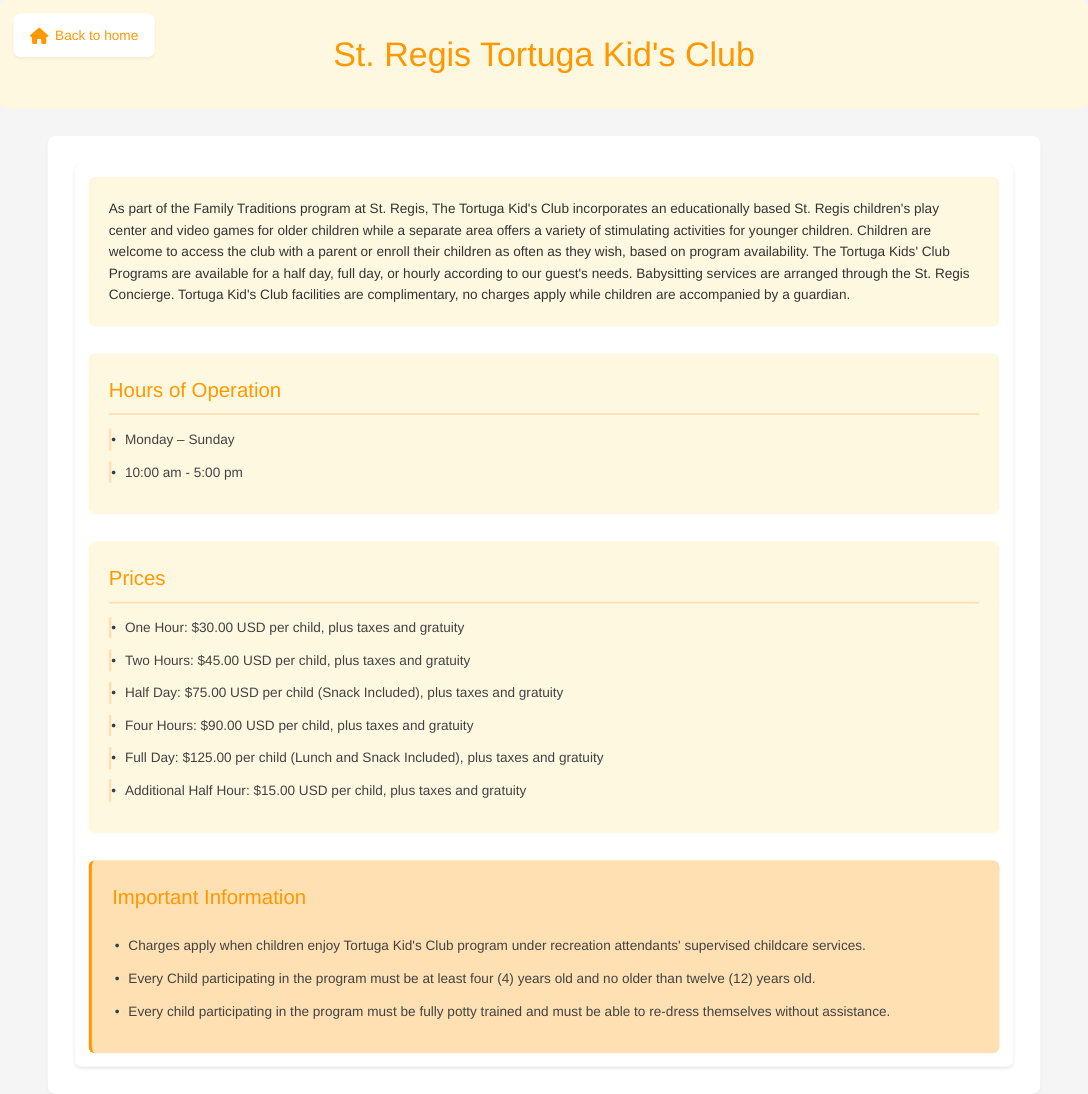
Repository: chvg1968/airphonebook
Page: src/html/pages/tortuga.html
An editor plug-in stored every save of this project. The page is shown before and after the next save, followed by the edit.
The browser window is 1280 px wide. The pictures show the whole page, at 85% of full size.

Above is the page before, as saved 2025-05-09 09:39:04.

### src/html/pages/tortuga.html
<!DOCTYPE html>
<html lang="en">
<head>
    <meta charset="UTF-8">
    <meta name="viewport" content="width=device-width, initial-scale=1.0">
    <title>St. Regis Tortuga Kid's Club</title>
    <link rel="stylesheet" href="/public/assets/styles/main.css">
    <link rel="stylesheet" href="/public/assets/styles/components/tortuga.css">
    <link rel="stylesheet" href="https://cdnjs.cloudflare.com/ajax/libs/font-awesome/6.0.0/css/all.min.css">
</head>
<body>
    <main>
        <div class="property-welcome">
            <a href="villaclara.html" class="back-to-home">
                <i class="fas fa-home"></i>
                <span>Back to home</span>
            </a>
            <h1 id="propertyTitle">St. Regis Tortuga Kid's Club</h1>
        </div>

        <div class="property-container">
            <div class="property-content">
                <div class="property-hero">
                    <div class="property-info">
                        <div class="info-section">
                            <p>As part of the Family Traditions program at St. Regis, The Tortuga Kid's Club incorporates an educationally based St. Regis children's play center and video games for older children while a separate area offers a variety of stimulating activities for younger children. Children are welcome to access the club with a parent or enroll their children as often as they wish, based on program availability. The Tortuga Kids' Club Programs are available for a half day, full day, or hourly according to our guest's needs. Babysitting services are arranged through the St. Regis Concierge. Tortuga Kid's Club facilities are complimentary, no charges apply while children are accompanied by a guardian.</p>
                        </div>

                        <div class="info-section">
                            <h3>Hours of Operation</h3>
                            <ul class="info-list">
                                <li>Monday – Sunday</li>
                                <li>10:00 am - 5:00 pm</li>
                            </ul>
                        </div>

                        <div class="info-section">
                            <h3>Prices</h3>
                            <ul class="info-list">
                                <li>One Hour: $30.00 USD per child, plus taxes and gratuity</li>
                                <li>Two Hours: $45.00 USD per child, plus taxes and gratuity</li>
                                <li>Half Day: $75.00 USD per child (Snack Included), plus taxes and gratuity</li>
                                <li>Four Hours: $90.00 USD per child, plus taxes and gratuity</li>
                                <li>Full Day: $125.00 per child (Lunch and Snack Included), plus taxes and gratuity</li>
                                <li>Additional Half Hour: $15.00 USD per child, plus taxes and gratuity</li>
                            </ul>
                        </div>

                        <div class="info-section warning">
                            <h3>Important Information</h3>
                            <ul class="info-list">
                                <li>Charges apply when children enjoy Tortuga Kid's Club program under recreation attendants' supervised childcare services.</li>
                                <li>Every Child participating in the program must be at least four (4) years old and no older than twelve (12) years old.</li>
                                <li>Every child participating in the program must be fully potty trained and must be able to re-dress themselves without assistance.</li>
                            </ul>
                        </div>
                    </div>
                </div>
            </div>
        </div>
    </main>
</body>
</html>

### assets/styles/main.css
:root {
    --primary-color: #2c3e50;
    --secondary-color: #3498db;
    --background-color: #f5f5f5;
    --card-background: #ffffff;
    --text-color: #333333;
    --border-radius: 8px;
    --spacing-sm: 8px;
    --spacing-md: 16px;
    --spacing-lg: 24px;
    --shadow-sm: 0 2px 4px rgba(0, 0, 0, 0.1);
    --shadow-md: 0 4px 6px rgba(0, 0, 0, 0.1);
    --transition-speed: 0.3s;
}

* {
    margin: 0;
    padding: 0;
    box-sizing: border-box;
}

html, body {
    height: 100%;
    margin: 0;
    padding: 0;
    font-family: 'Helvetica Neue', Arial, sans-serif;
    line-height: 1.6;
    color: var(--text-color);
    background-color: var(--background-color);
}

.container {
    max-width: 1200px;
    margin: 0 auto;
    padding: var(--spacing-lg);
    width: 100%;
}

.two-column-layout {
    display: grid;
    grid-template-columns: 2fr auto 1fr;
    gap: var(--spacing-lg);
    margin-top: var(--spacing-lg);
    align-items: start;
    position: relative;
}

.vertical-divider {
    width: 1px;
    height: 100%;
    background-color: #e0e0e0;  /* Delgada línea gris */
    position: absolute;
    left: calc(2fr + var(--spacing-lg));
    top: 0;
}

.property-column {
    background-color: var(--card-background);
    border-radius: var(--border-radius);
    padding: var(--spacing-lg);
    box-shadow: var(--shadow-sm);
}

.menu-column {
    background-color: var(--card-background);
    border-radius: var(--border-radius);
    padding: var(--spacing-lg);
    box-shadow: var(--shadow-sm);
}

.search-column {
    background-color: var(--card-background);
    border-radius: var(--border-radius);
    padding: var(--spacing-lg);
    box-shadow: var(--shadow-sm);
    order: 2;
}

.main-menu {
    list-style: none;
    padding: 0;
}

.menu-item {
    margin-bottom: var(--spacing-sm);
}

.menu-button,
.sub-menu-button {
    width: 100%;
    display: flex;
    align-items: center;
    gap: var(--spacing-md);
    padding: var(--spacing-md);
    background-color: var(--card-background);
    border: none;
    border-radius: var(--border-radius);
    color: var(--primary-color);
    font-size: 1.1em;
    cursor: pointer;
    transition: all var(--transition-speed);
    box-shadow: var(--shadow-sm);
}

.menu-button i,
.sub-menu-button i {
    font-size: 1.2em;
    width: 24px;
    text-align: center;
}

.menu-button:hover,
.sub-menu-button:hover {
    background-color: var(--secondary-color);
    color: white;
    transform: translateY(-2px);
    box-shadow: var(--shadow-md);
}

.menu-button.selected,
.sub-menu-button.selected {
    background-color: var(--primary-color);
    color: white;
}

.sub-menu {
    list-style: none;
    padding-left: var(--spacing-lg);
    margin-top: var(--spacing-sm);
    display: none; /* Oculto por defecto */
}

.menu-item:hover .sub-menu {
    display: block; /* Se muestra al hacer hover */
}

.sub-menu-item {
    margin-bottom: var(--spacing-sm);
}

.sub-menu-button {
    font-size: 0.95em;
    padding: var(--spacing-sm) var(--spacing-md);
    background-color: var(--background-color);
}

.sub-menu-button i {
    font-size: 1.1em;
}

.modal-container {
    display: none;
    position: fixed;
    top: 0;
    left: 0;
    width: 100%;
    height: 100%;
    background-color: rgba(0, 0, 0, 0.5);
    z-index: 1000;
    opacity: 0;
    transition: opacity var(--transition-speed);
}

.modal-container.active {
    display: flex;
    opacity: 1;
}

.modal-content {
    background-color: var(--card-background);
    border-radius: var(--border-radius);
    width: 90%;
    max-width: 800px;
    max-height: 90vh;
    margin: auto;
    position: relative;
    transform: translateY(-20px);
    transition: transform var(--transition-speed);
    overflow: hidden;
    display: flex;
    flex-direction: column;
}

.modal-container.active .modal-content {
    transform: translateY(0);
}

.modal-header {
    padding: var(--spacing-md);
    background-color: var(--primary-color);
    color: white;
    display: flex;
    align-items: center;
    gap: var(--spacing-md);
    position: sticky;
    top: 0;
}

.back-button {
    background: none;
    border: none;
    color: white;
    cursor: pointer;
    display: flex;
    align-items: center;
    gap: var(--spacing-sm);
    font-size: 1em;
    padding: var(--spacing-sm);
    border-radius: var(--border-radius);
    transition: background-color var(--transition-speed);
}

.back-button:hover {
    background-color: rgba(255, 255, 255, 0.1);
}

.modal-body {
    padding: var(--spacing-lg);
    overflow-y: auto;
    flex-grow: 1;
}

.search-section {
    background-color: var(--card-background);
    padding: var(--spacing-lg);
    border-radius: var(--border-radius);
    box-shadow: var(--shadow-sm);
    margin-bottom: var(--spacing-lg);
}

.search-box {
    display: flex;
    gap: var(--spacing-md);
    margin-bottom: var(--spacing-md);
}

.search-input {
    flex: 1;
    padding: var(--spacing-sm);
    border: 2px solid var(--border-color);
    border-radius: var(--border-radius);
    font-size: 1rem;
    transition: var(--transition);
    background-color: var(--card-background);
}

.search-input:focus {
    outline: none;
    border-color: var(--primary-color);
}

.section-divider {
    border: none;
    border-top: 1px solid #e0e0e0;
    margin: var(--spacing-md) 0;
    width: 100%;
}

.column-title {
    text-align: center;
    color: var(--primary-color);
    margin-bottom: var(--spacing-md);
    font-weight: 600;
    text-transform: uppercase;
    letter-spacing: 1px;
    border-bottom: 2px solid var(--secondary-color);
    padding-bottom: var(--spacing-sm);
}

.category-select {
    padding: var(--spacing-sm);
    border: 2px solid var(--border-color);
    border-radius: var(--border-radius);
    font-size: 1rem;
    min-width: 200px;
    background-color: var(--card-background);
    cursor: pointer;
    transition: var(--transition);
}

.category-select:focus {
    outline: none;
    border-color: var(--primary-color);
}

.stats {
    color: var(--text-light);
    font-size: 0.9rem;
}

.results {
    display: grid;
    grid-template-columns: repeat(auto-fill, minmax(300px, 1fr));
    gap: var(--spacing-md);
    padding: var(--spacing-sm);
}

.card {
    background-color: var(--card-background);
    border-radius: var(--border-radius);
    padding: var(--spacing-md);
    box-shadow: var(--shadow-sm);
    transition: var(--transition);
}

.card:hover {
    box-shadow: var(--shadow-md);
    transform: translateY(-2px);
}

.property-welcome {
    text-align: center;
    margin-bottom: var(--spacing-lg);
    position: relative;
}

.property-image {
    width: 100%;
    max-height: 400px;
    object-fit: cover;
    border-radius: var(--border-radius);
    margin-bottom: var(--spacing-md);
}

.back-to-home {
    position: absolute;
    top: var(--spacing-md);
    left: var(--spacing-md);
    background-color: var(--background-color);
    padding: var(--spacing-xs) var(--spacing-sm);
    border-radius: var(--border-radius);
    text-decoration: none;
    color: var(--text-color);
    display: flex;
    align-items: center;
    gap: var(--spacing-xs);
    box-shadow: var(--shadow-sm);
    transition: var(--transition);
}

.back-to-home:hover {
    box-shadow: var(--shadow-md);
    transform: translateY(-2px);
}

.back-to-home i {
    font-size: 1.2rem;
}

.property-info {
    background-color: var(--card-background);
    padding: var(--spacing-md);
    border-radius: var(--border-radius);
    box-shadow: var(--shadow-sm);
}

.info-section {
    margin-bottom: var(--spacing-md);
}

.info-section:last-child {
    margin-bottom: 0;
}

.info-section h3 {
    margin-bottom: var(--spacing-sm);
    color: var(--text-color);
    font-weight: 600;
}

.info-list {
    list-style: none;
}

.info-list li {
    margin-bottom: var(--spacing-xs);
    padding-left: var(--spacing-md);
    position: relative;
}

.info-list li::before {
    content: "•";
    color: var(--primary-color);
    position: absolute;
    left: 0;
}

.warning {
    color: var(--primary-dark);
    font-weight: 500;
}

/* Estilos para las secciones de resultados */
.results-sections {
    margin-top: 2rem;
}

.category-section {
    margin-bottom: 2rem;
    scroll-margin-top: 2rem;
}

.category-section h2 {
    color: #333;
    font-size: 1.5rem;
    margin-bottom: 1rem;
    padding-bottom: 0.5rem;
    border-bottom: 2px solid #e0e0e0;
}

/* Scroll suave para toda la página */
html {
    scroll-behavior: smooth;
}

/* Ajustes responsive */
@media (max-width: 768px) {
    .two-column-layout {
        display: flex;
        flex-direction: column;
        gap: var(--spacing-md);
    }

    .property-column {
        order: 1;
    }

    .search-column {
        order: 2;
    }

    .modal-content {
        width: 95%;
        max-height: 95vh;
        margin: 10px auto;
    }

    .menu-button {
        padding: var(--spacing-sm);
    }

    .menu-button i {
        font-size: 1.1em;
    }

    .category-section {
        scroll-margin-top: 1rem;
    }
}

### assets/styles/components/tortuga.css
:root {
    /* Paleta de colores pastel */
    --tortuga-orange: #FFB74D;
    --tortuga-light: #FFE0B2;
    --tortuga-accent: #FF9800;
    --tortuga-bg: #FFF8E1;
    --tortuga-text: #424242;
    --tortuga-text-light: #757575;
    --tortuga-white: #FFFFFF;
  }

  .property-welcome {
    background-color: var(--tortuga-bg);
    padding: 2rem;
    border-radius: 10px;
    margin-bottom: 2rem;
    position: relative;
    min-height: 120px;
  }

  .header-content {
    display: flex;
    flex-direction: column;
    align-items: flex-start;
    gap: 1.5rem;
  }

  .property-welcome h1 {
    color: var(--tortuga-accent);
    font-size: 2.5rem;
    font-weight: 300;
    margin: 0;
    text-align: center;
    width: 100%;
    font-family: 'Helvetica Neue', Arial, sans-serif;
  }

  .property-container {
    max-width: 1200px;
    margin: 0 auto;
    padding: 0 1rem;
  }

  .property-content {
    background-color: var(--tortuga-white);
    border-radius: 10px;
    box-shadow: 0 2px 4px rgba(0,0,0,0.05);
    padding: 2rem;
  }

  .info-section {
    margin-bottom: 2rem;
    padding: 1.5rem;
    border-radius: 8px;
    background-color: var(--tortuga-bg);
    transition: transform 0.3s ease;
  }

  .info-section:hover {
    transform: translateY(-2px);
  }

  .info-section h3 {
    color: var(--tortuga-accent);
    font-size: 1.5rem;
    font-weight: 400;
    margin-bottom: 1rem;
    border-bottom: 2px solid var(--tortuga-light);
    padding-bottom: 0.5rem;
  }

  .info-list {
    list-style: none;
    padding: 0;
  }

  .info-list li {
    color: var(--tortuga-text);
    margin-bottom: 0.8rem;
    padding-left: 1rem;
    border-left: 3px solid var(--tortuga-light);
    transition: border-left-color 0.3s ease;
  }

  .info-list li:hover {
    border-left-color: var(--tortuga-accent);
  }

  .warning {
    background-color: var(--tortuga-light);
    border-left: 4px solid var(--tortuga-accent);
  }

  .back-to-home {
    position: absolute;
    top: 1rem;
    left: 1rem;
    padding: 0.8rem 1.2rem;
    background-color: var(--tortuga-white);
    border-radius: 8px;
    display: inline-flex;
    align-items: center;
    box-shadow: 0 2px 4px rgba(0,0,0,0.05);
    color: var(--tortuga-accent);
    text-decoration: none;
    font-weight: 500;
    transition: all 0.3s ease;
    z-index: 10;
  }

  .back-to-home:hover {
    background-color: var(--tortuga-bg);
    transform: translateX(-5px);
  }

  .back-to-home i {
    font-size: 1.2rem;
    margin-right: 0.5rem;
  }

  /* Estilos responsivos */
  @media (max-width: 768px) {
    .property-welcome {
      padding: 4rem 1.2rem 1.2rem 1.2rem;
      min-height: 100px;
    }

    .header-content {
      gap: 1rem;
    }

    .property-welcome h1 {
      font-size: 1.8rem;
    }

    .back-to-home {
      padding: 0.6rem 1rem;
      font-size: 0.9rem;
    }

    .back-to-home i {
      font-size: 1rem;
    }
  }

  @media (max-width: 480px) {
    .property-welcome h1 {
      font-size: 1.5rem;
    }
  }

After the next save:
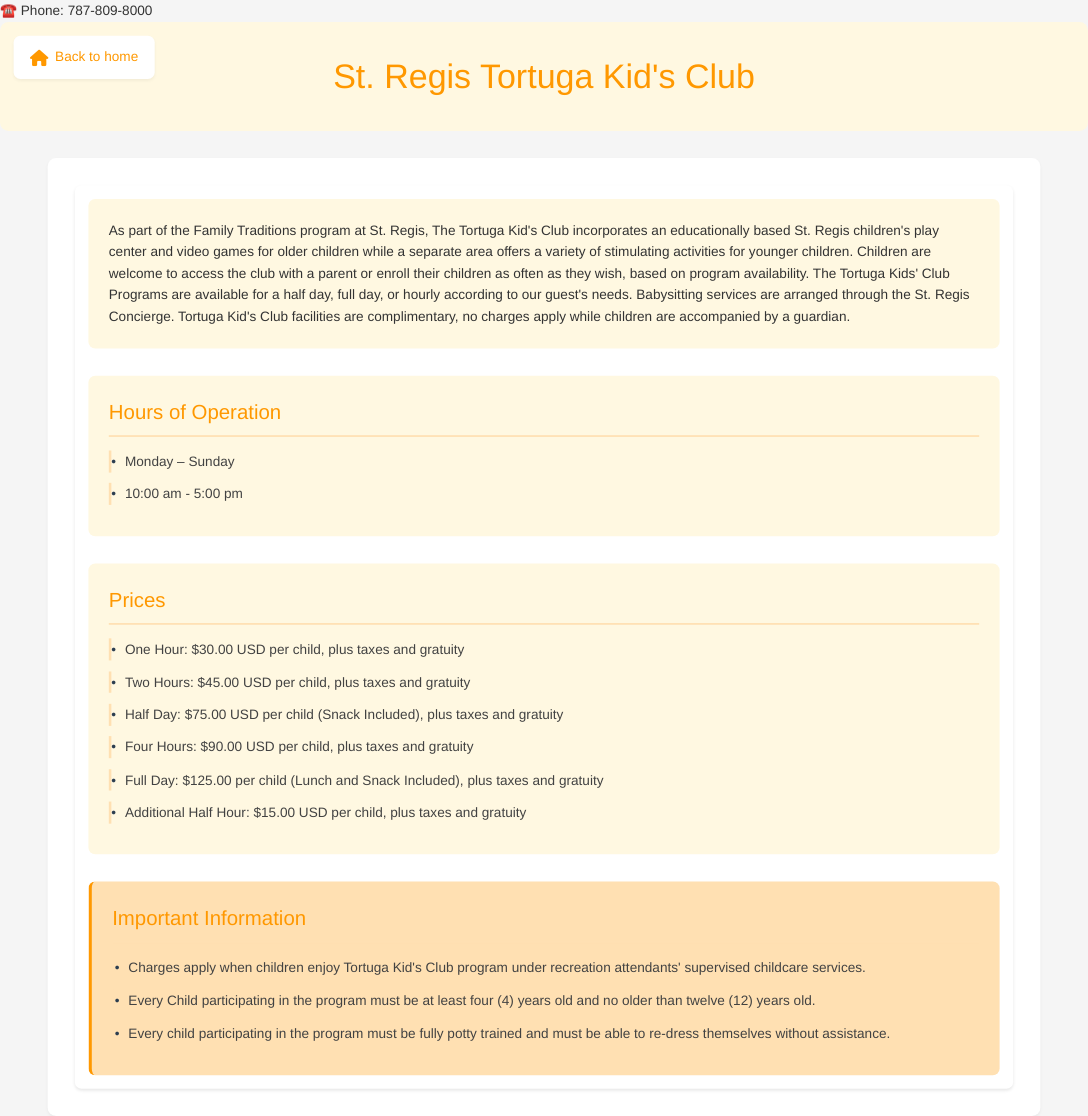
Saved 22 min 16 s later.
--- a/src/html/pages/tortuga.html
+++ b/src/html/pages/tortuga.html
@@ -4,6 +4,7 @@
     <meta charset="UTF-8">
     <meta name="viewport" content="width=device-width, initial-scale=1.0">
     <title>St. Regis Tortuga Kid's Club</title>
+    <p>☎️ Phone: 787-809-8000</p>
     <link rel="stylesheet" href="/public/assets/styles/main.css">
     <link rel="stylesheet" href="/public/assets/styles/components/tortuga.css">
     <link rel="stylesheet" href="https://cdnjs.cloudflare.com/ajax/libs/font-awesome/6.0.0/css/all.min.css">
